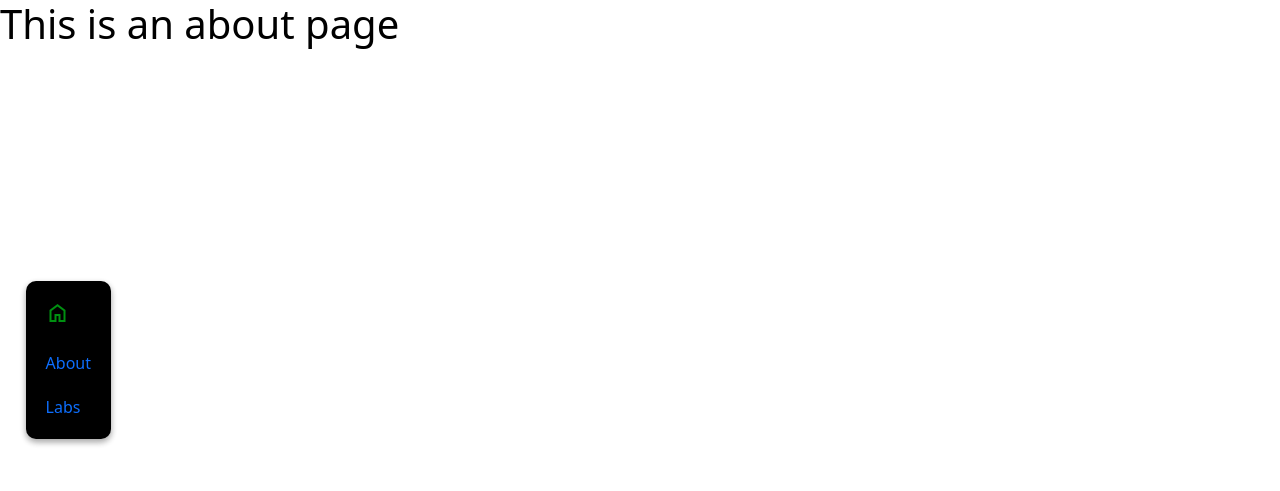
Repository: tuankiet10920/homeworkFEF
Page: /about
These files come from the project's save history. The page is drawn as it stood at one moment and after the next save; the edit follows.
The browser window is 1280 px wide. The pictures show the whole page.
The project was rebuilt for these pictures with package versions that can differ from the ones it lists, and the page was loaded fresh each time. Also part of the build but not shown: vite.config.js, src/components/HelloWorld.vue, src/Labs/Lab1/Bai2.vue, src/views/HomeView.vue.

Above is the page before, as saved 2024-10-22 14:54:15.

After the next save:
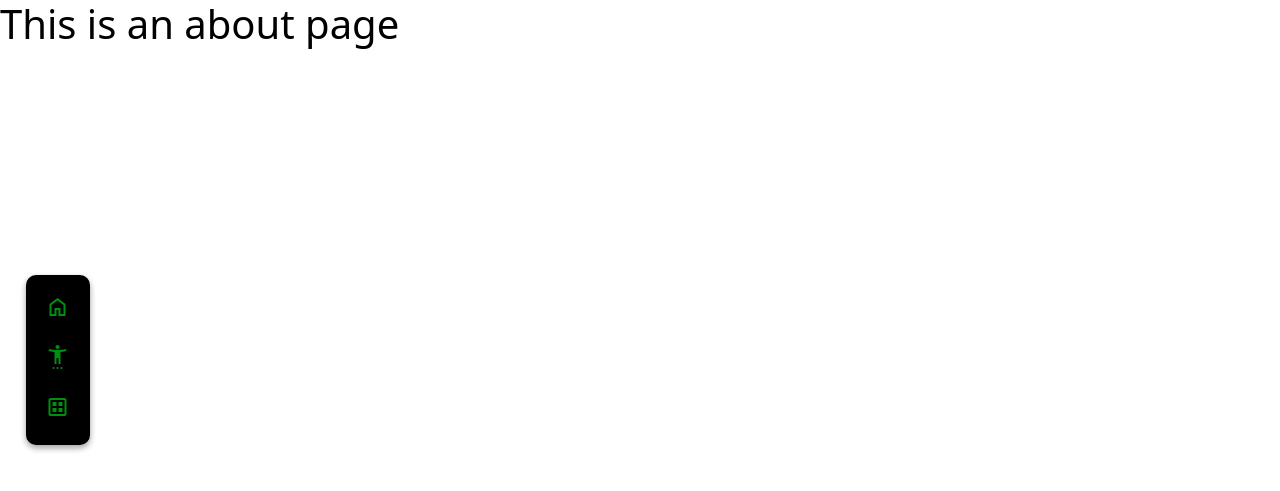
Saved 77 s later.
--- a/src/App.vue
+++ b/src/App.vue
@@ -11,8 +11,14 @@ import Icon from './components/Icon.vue'
         <RouterLink to="/">
           <Icon iconName="home" />
         </RouterLink>
-        <RouterLink to="/about">About</RouterLink>
-        <RouterLink to="/labs">Labs</RouterLink>
+
+        <RouterLink to="/about">
+          <Icon iconName="settings_accessibility" />
+        </RouterLink>
+
+        <RouterLink to="/labs">
+          <Icon iconName="dataset" />
+        </RouterLink>
       </nav>
     </div>
   </header>
